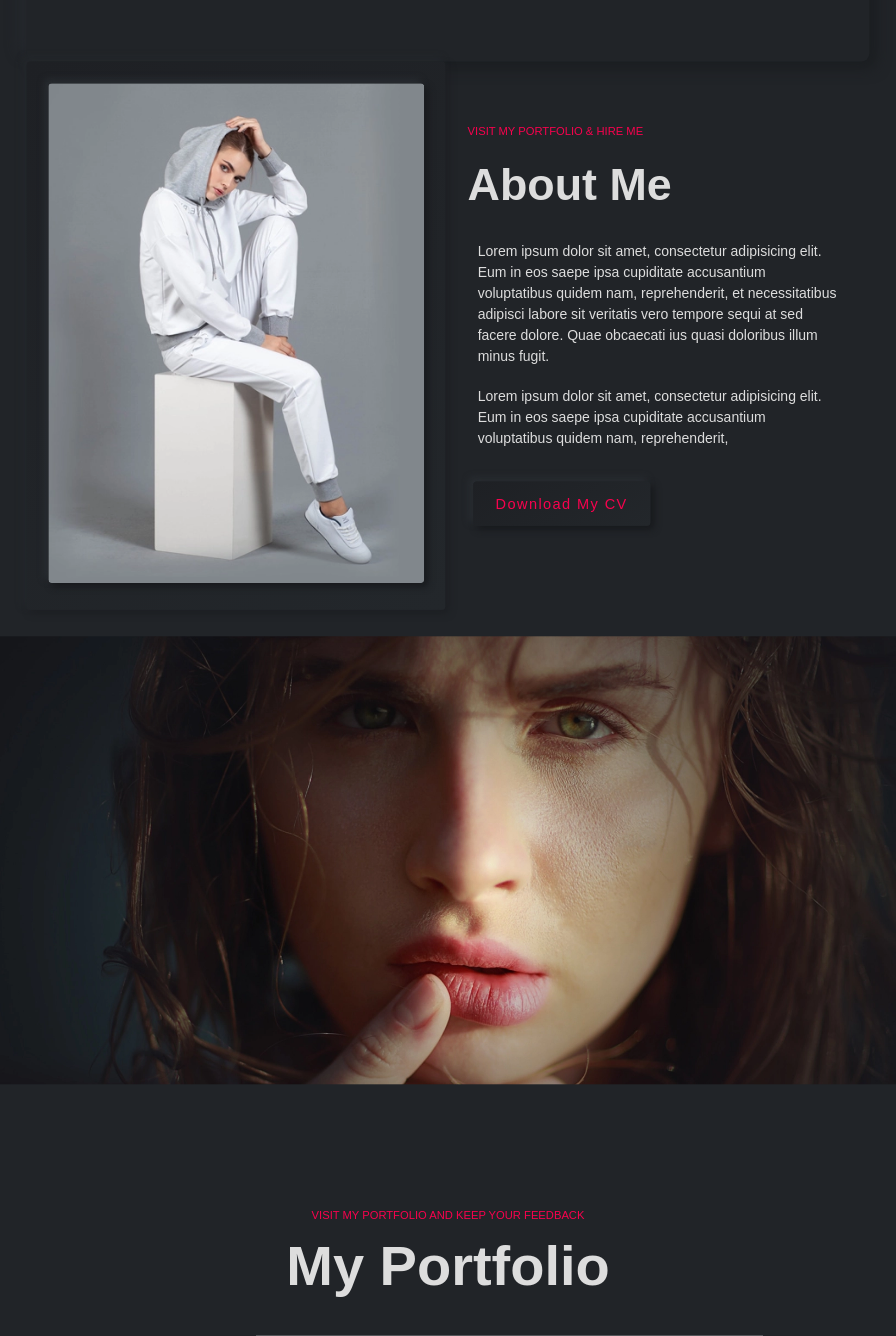
Repository: arminprogramme/inbio
Page: /
The author's editor kept a copy of each file at every save. The page is drawn from the files as they stood at one save, then again after the next save.
The browser window is 1280 px wide. The pictures show the part of the page from y = 1820 to 3740 px (the page is 3728 px tall before and 3740 px after), at 70% of full size.
Backgrounds fixed to the window are drawn as part of the page. Some web libraries are served in a nearby version. The project was rebuilt for these pictures with package versions that can differ from the ones it lists, and the page was loaded fresh each time. Also part of the build but not shown: vite.config.js.

Above is the page before, as saved 2023-10-20 04:50:08.

After the next save:
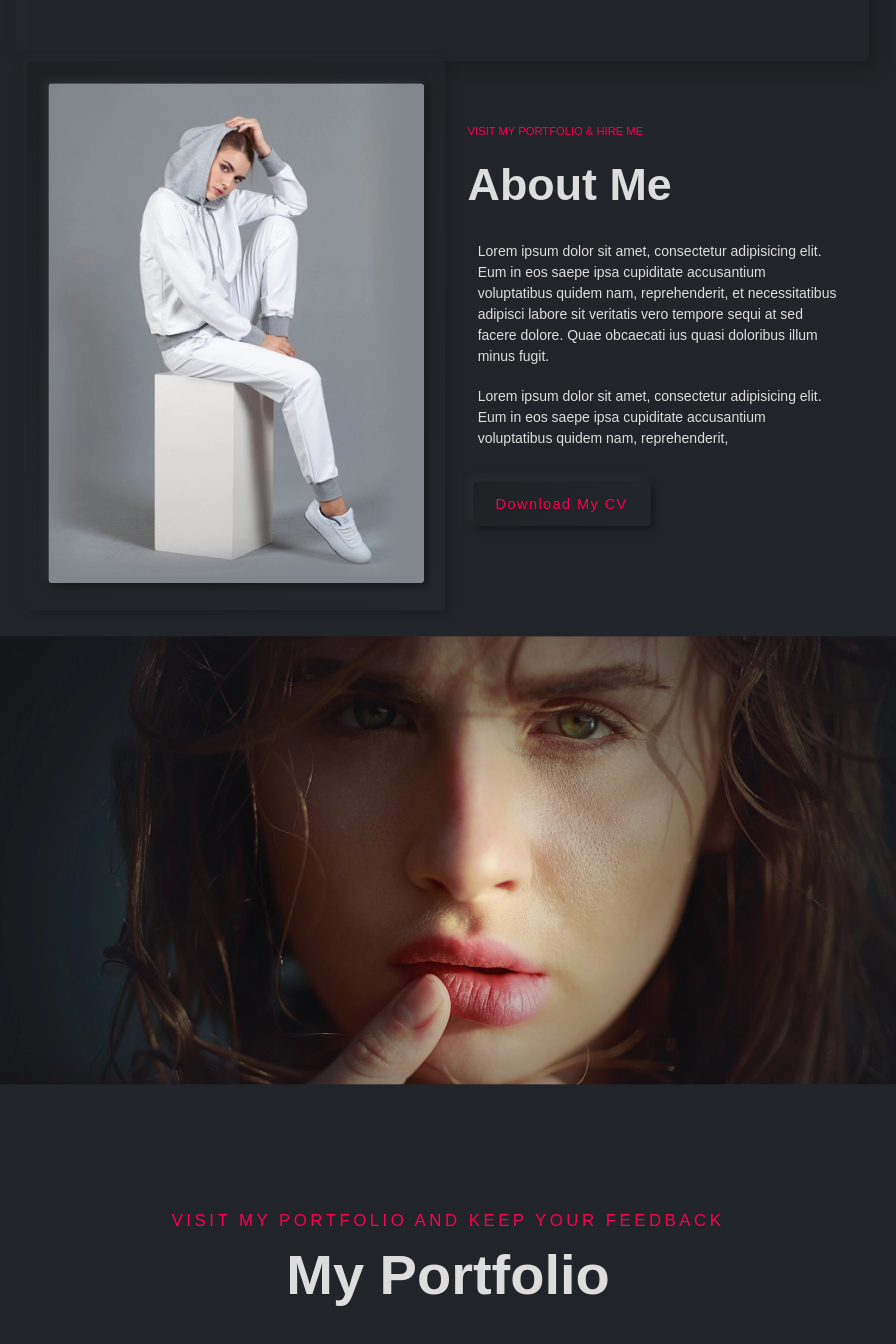
Saved 25 s later.
--- a/src/Component/Body/PortFolio/Portfolio.css
+++ b/src/Component/Body/PortFolio/Portfolio.css
@@ -3,3 +3,8 @@
     color: #ddd;
     font-weight: bold;
 }
+
+.title-portfolio h5 {
+    font-size: 1.5rem;
+    letter-spacing: 5px;
+}
